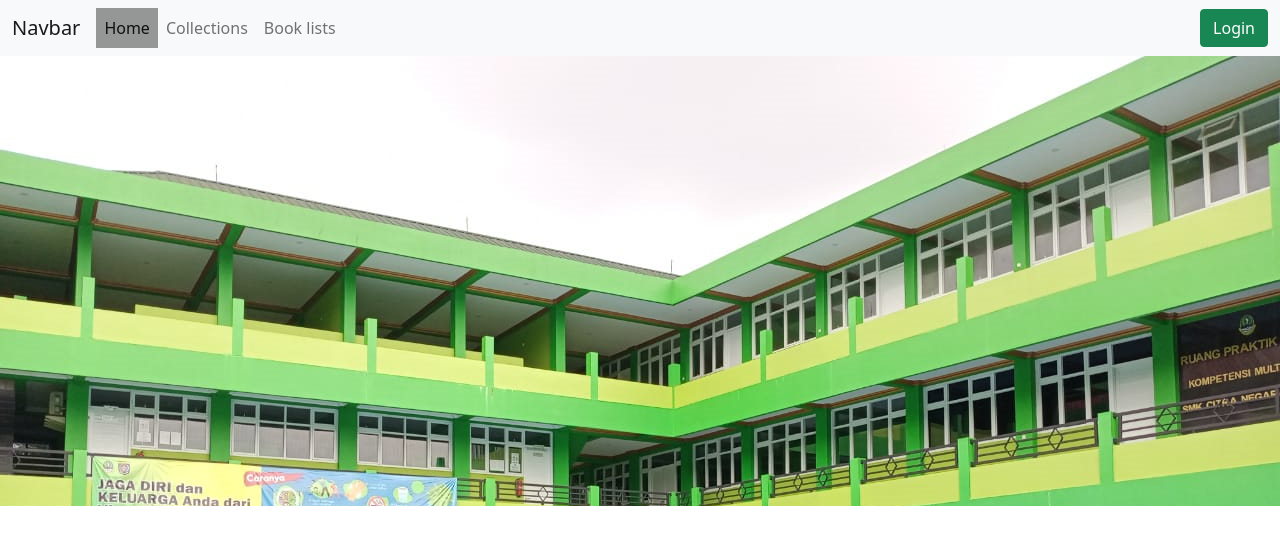
Repository: humanrizki/app-perpus-laravel-8
Page: http://localhost/home
These files come from the project's save history. The page is drawn as it stood at one moment and after the next save; the edit follows.
The browser window is 1280 px wide. The pictures show the whole page.
Some web libraries are served in a nearby version. The page is served by the project's Laravel application, run on PHP 8.4 with Laravel 8. Other server files are loaded and not shown.

Above is the page before, as saved 2021-11-25 11:49:59.

### routes/web.php
<?php

use App\Http\Controllers\CollectionController;
use Illuminate\Support\Facades\Route;

/*
|--------------------------------------------------------------------------
| Web Routes
|--------------------------------------------------------------------------
|
| Here is where you can register web routes for your application. These
| routes are loaded by the RouteServiceProvider within a group which
| contains the "web" middleware group. Now create something great!
|
*/

Route::get('/', function () {
    return view('welcome');
});

Auth::routes();

Route::get('/home', [App\Http\Controllers\HomeController::class, 'index'])->name('home');
Route::get('/collections',[CollectionController::class,'index'])->name('collections');
Route::get('/collections/{collection:slug}',[CollectionController::class,'show']);

### app/Http/Controllers/HomeController.php
<?php

namespace App\Http\Controllers;

use Illuminate\Http\Request;

class HomeController extends Controller
{
    /**
     * Create a new controller instance.
     *
     * @return void
     */
    public function __construct()
    {
        $this->middleware('guest');
    }

    /**
     * Show the application dashboard.
     *
     * @return \Illuminate\Contracts\Support\Renderable
     */
    public function index()
    {
        return view('HomeTemplate',[
            'title'=>'home page'
        ]);
    }
}

### resources/views/homeTemplate.blade.php
@extends('layouts.capp')
@section('content')
    <div class="container-img" style="width: 100%; height:450px; overflow:hidden;">
        <div class="img-content">
            <img src="img/cn.png" alt="" class="w-100" style="padding: 0px; margin:0px;">
        </div>
    </div>
@endsection

### resources/views/layouts/capp.blade.php
<!doctype html>
<html lang="en">
  <head>
    <meta charset="utf-8" />
    <meta http-equiv="X-UA-Compatible" content="IE=edge,chrome=1" />
    <meta content='width=device-width, initial-scale=1.0, maximum-scale=1.0, user-scalable=0, shrink-to-fit=no' name='viewport' />
    <title>{{ $title }}</title>

    <!--     Fonts and icons     -->
    <link href="https://fonts.googleapis.com/css?family=Montserrat:400,700,200" rel="stylesheet" />
    <link href="https://use.fontawesome.com/releases/v5.0.6/css/all.css" rel="stylesheet">
    <style>
      *,body{
        margin: 0px;
        padding: 0px;
      }
    </style>
    <link href="https://cdn.jsdelivr.net/npm/bootstrap@5.0.2/dist/css/bootstrap.min.css" rel="stylesheet" integrity="sha384-EVSTQN3/azprG1Anm3QDgpJLIm9Nao0Yz1ztcQTwFspd3yD65VohhpuuCOmLASjC" crossorigin="anonymous">
    <link rel="stylesheet" href="css/ul.css">
  </head>
  <body>
    @include('partials.header')
    @yield('content')

    <!--   Core JS Files   -->
    <script src="https://cdn.jsdelivr.net/npm/bootstrap@5.0.2/dist/js/bootstrap.bundle.min.js" integrity="sha384-MrcW6ZMFYlzcLA8Nl+NtUVF0sA7MsXsP1UyJoMp4YLEuNSfAP+JcXn/tWtIaxVXM" crossorigin="anonymous"></script>
  </body>
</html>

### resources/views/partials/header.blade.php

<nav class="navbar navbar-expand-lg navbar-light bg-light">
    <div class="container-fluid">
      <a class="navbar-brand" href="#">Navbar</a>
      <button class="navbar-toggler" type="button" data-bs-toggle="collapse" data-bs-target="#navbarSupportedContent" aria-controls="navbarSupportedContent" aria-expanded="false" aria-label="Toggle navigation">
        <span class="navbar-toggler-icon"></span>
      </button>
      <div class="collapse navbar-collapse" id="navbarSupportedContent">
        <ul class="navbar-nav me-auto mb-2 mb-lg-0">
          <li class="nav-item">
            <a class="nav-link {{ (request()->is('home')) ? 'active':'';}}" aria-current="page" href="/home">Home</a>
          </li>
          <li class="nav-item ">
            <a class="nav-link {{ (request()->is('collections*')) ? 'active':'';}}" href="/collections">Collections</a>
          </li>
          <li class="nav-item">
            <a class="nav-link {{ (request()->is('lists')) ? 'active':'';}}" href="/lists">Book lists</a>
          </li>
        </ul>
        <div class="container-login">
            <a href="/login" class="btn btn-success">Login</a>
        </div>
      </div>
    </div>
  </nav>

### public/css/ul.css
.nav-link.active{
    background-color: rgba(0, 0, 0, 0.4);
}

Loaded but not shown: app/Providers/AppServiceProvider.php (common file); app/Http/Controllers/Auth/ConfirmPasswordController.php (common file); app/Http/Controllers/Controller.php (common file)

After the next save:
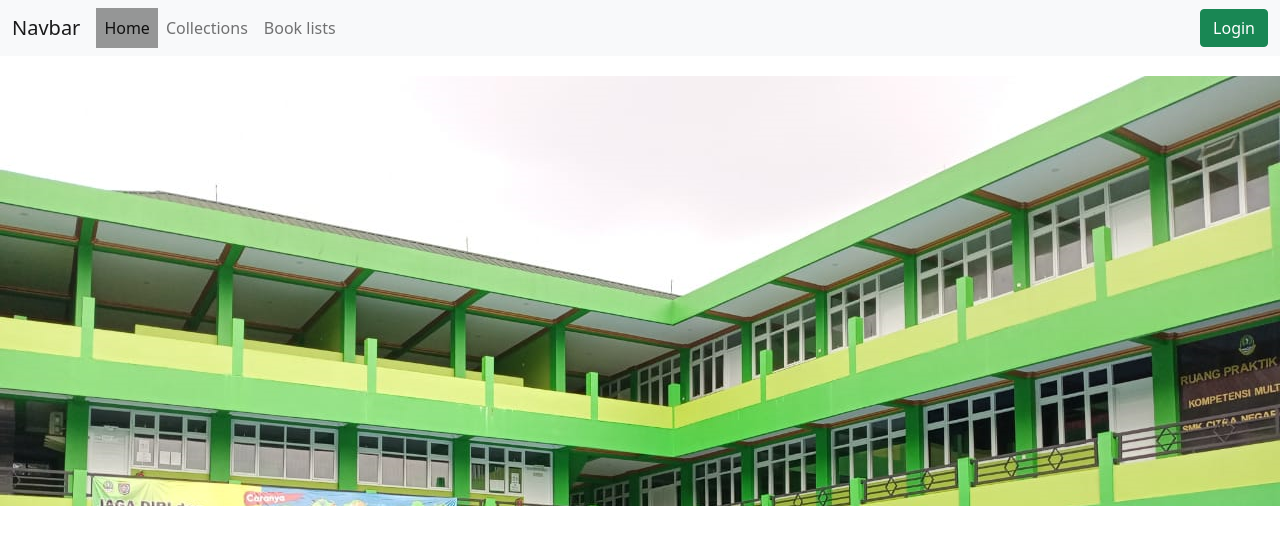
Saved 22 s later.
--- a/resources/views/homeTemplate.blade.php
+++ b/resources/views/homeTemplate.blade.php
@@ -2,7 +2,7 @@
 @section('content')
     <div class="container-img" style="width: 100%; height:450px; overflow:hidden;">
         <div class="img-content">
-            <img src="img/cn.png" alt="" class="w-100" style="padding: 0px; margin:0px;">
+            <img src="img/cn.png" alt="" class="w-100" style="padding: 0px; margin-top:20px;">
         </div>
     </div>
 @endsection
